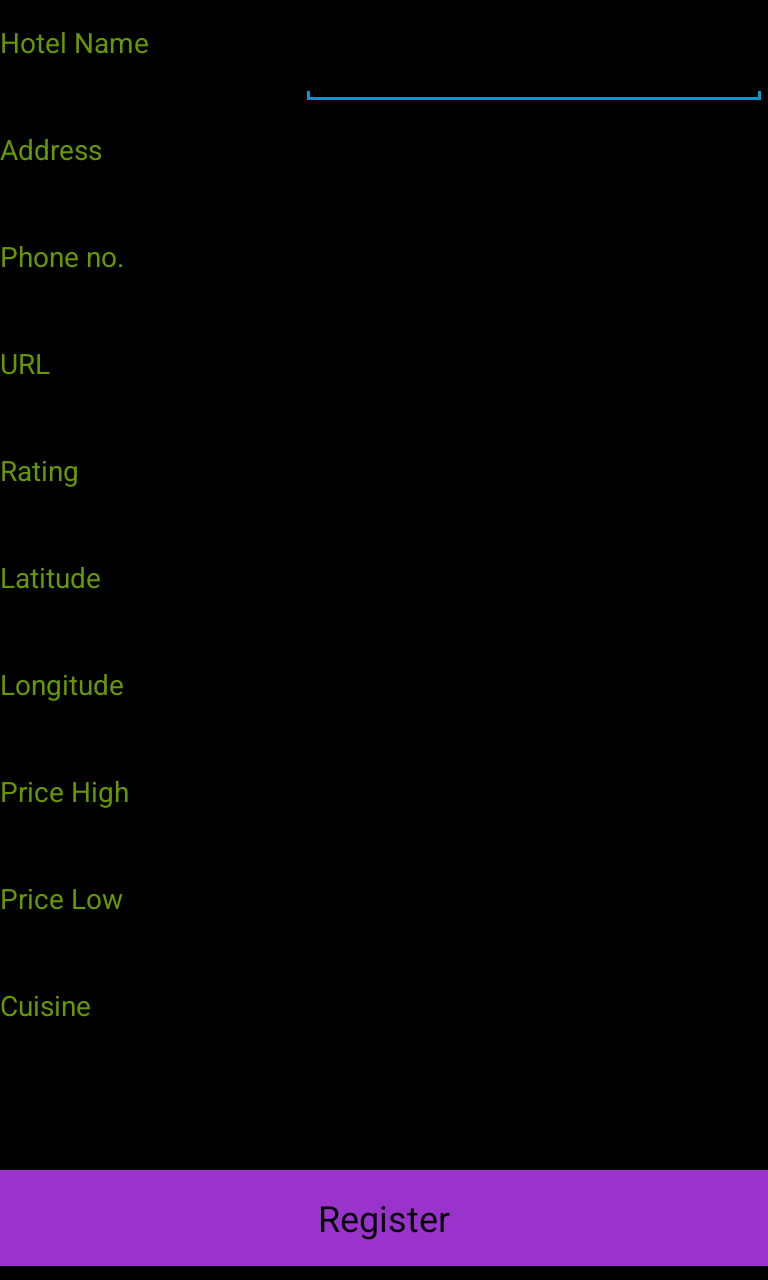
Repository: AungWinnHtut/projAndroid
Layout: com.engineer4myanmar.json.MainActivity/res/layout/activity_admin.xml
These files come from the project's save history. The layout is drawn as it stood at one moment and after the next save; the edit follows.
It is drawn on a 768 x 1280 px phone screen (xhdpi) without system bars, with theme AppTheme; the app's code is not run.

Above is the layout before, as saved 2015-08-26 20:26:36.

After the next save:
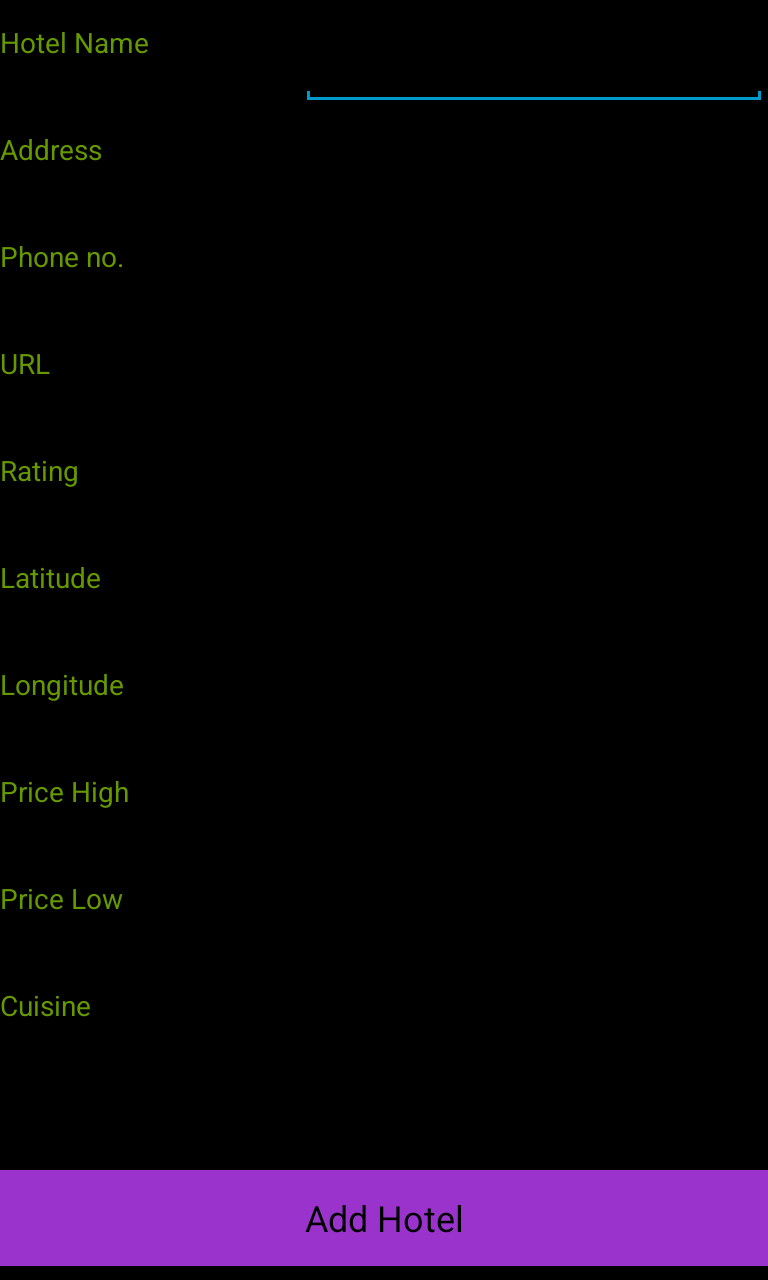
Saved 24 s later.
--- a/com.engineer4myanmar.json.MainActivity/res/layout/activity_admin.xml
+++ b/com.engineer4myanmar.json.MainActivity/res/layout/activity_admin.xml
@@ -239,7 +239,7 @@
             android:layout_height="wrap_content"
             android:background="#9933cc"
             android:onClick="funRegister"
-            android:text="Register" />
+            android:text="Add Hotel" />
     </LinearLayout>
 
 </LinearLayout>
